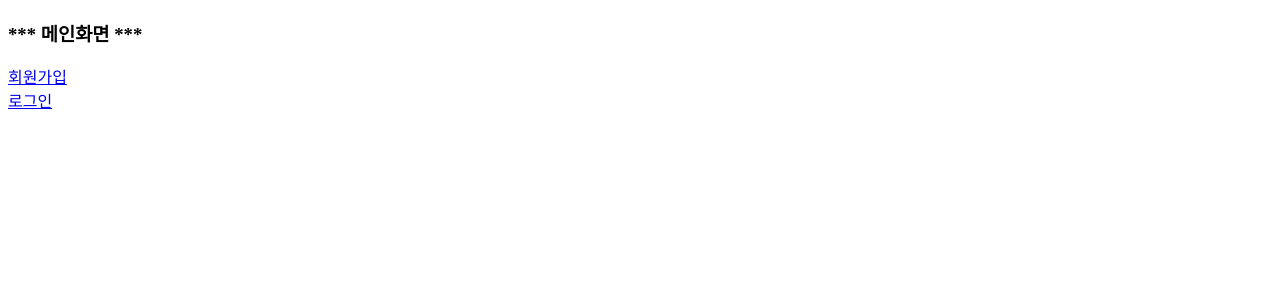
Repository: dahye1013/java-basic-learning
Page: http://localhost/memberJSP/main/index.jsp
These files come from the project's save history. The page is drawn as it stood at one moment and after a run of saves; the edit follows.
The browser window is 1280 px wide. The pictures show the whole page.
The page is served by Tomcat 9. Other server files are loaded and not shown.

Above is the page before, as saved 2020-06-10 02:42:41.

### memberJSP/WebContent/main/index.jsp
<%@ page language="java" contentType="text/html; charset=UTF-8"
    pageEncoding="UTF-8"%>
<!DOCTYPE html>
<html>
<head>
<meta charset="EUC-KR">
<title>Insert title here</title>
</head>
<body>
<h3>*** 메인화면 ***</h3>

<% if(session.getId()!=null){%>
<a href="http://localhost:8080/memberJSP/member/writeForm.jsp">회원가입</a><br>
<a href="../member/loginForm.jsp">로그인</a><br>
<% }else{%>

<a href="../member/modifyForm.jsp">회원정보 수정</a><br>
<a href="../member/logout.jsp">로그아웃</a><br>
<a href="../board/boardWriteForm.jsp">글쓰기</a><br>
<a href="">목록</a><br>
<% }%>


</body>
</html>

After the next 2 saves:
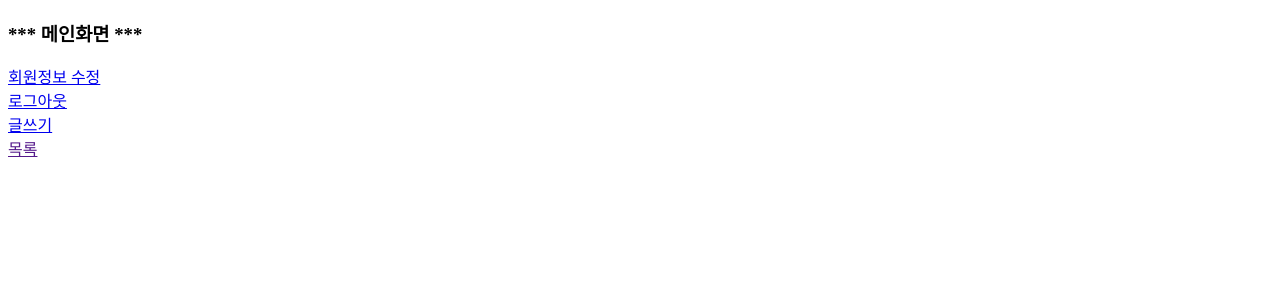
The 2 saves are shown as one change because they came seconds apart.
The last was saved 76 s later.
--- a/memberJSP/WebContent/main/index.jsp
+++ b/memberJSP/WebContent/main/index.jsp
@@ -9,7 +9,7 @@
 <body>
 <h3>*** 메인화면 ***</h3>
 
-<% if(session.getId()!=null){%>
+<% if(session.getId()==null){%>
 <a href="http://localhost:8080/memberJSP/member/writeForm.jsp">회원가입</a><br>
 <a href="../member/loginForm.jsp">로그인</a><br>
 <% }else{%>

After the 2 saves that followed:
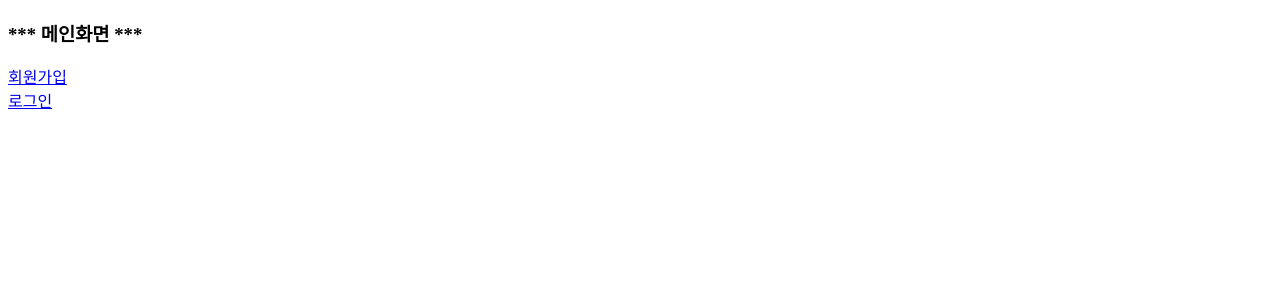
The 2 saves are shown as one change because they came seconds apart.
The last was saved 115 s later.
--- a/memberJSP/WebContent/main/index.jsp
+++ b/memberJSP/WebContent/main/index.jsp
@@ -9,7 +9,7 @@
 <body>
 <h3>*** 메인화면 ***</h3>
 
-<% if(session.getId()==null){%>
+<% if(session.getAttribute("memName")==null){%>
 <a href="http://localhost:8080/memberJSP/member/writeForm.jsp">회원가입</a><br>
 <a href="../member/loginForm.jsp">로그인</a><br>
 <% }else{%>
